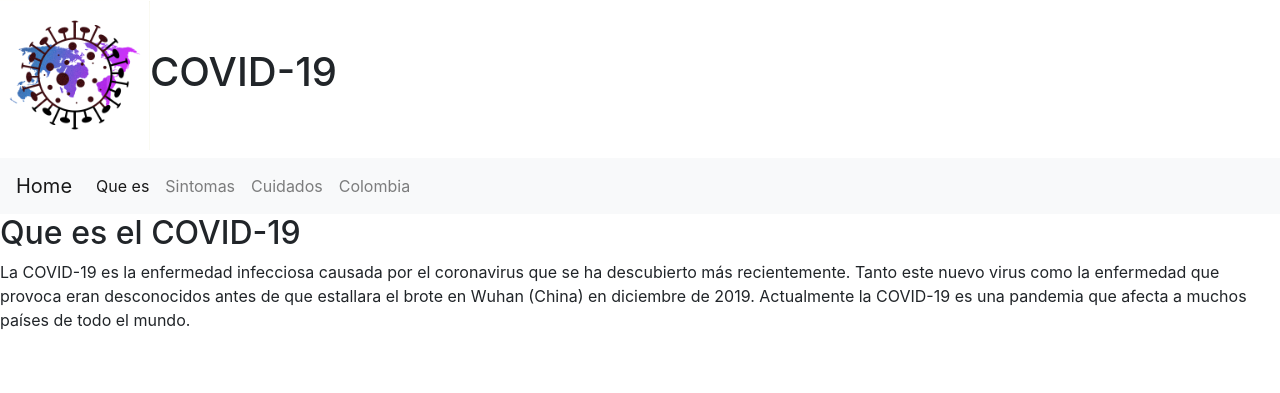
Repository: AndreyRi13/1erparcial1151804
Page: index.html
These files come from the project's save history. The page is drawn as it stood at one moment and after the next save; the edit follows.
The browser window is 1280 px wide. The pictures show the whole page.

Above is the page before, as saved 2020-10-06 06:23:56.
Console error (its wording comes from the project's code and is left out).

After the next save:
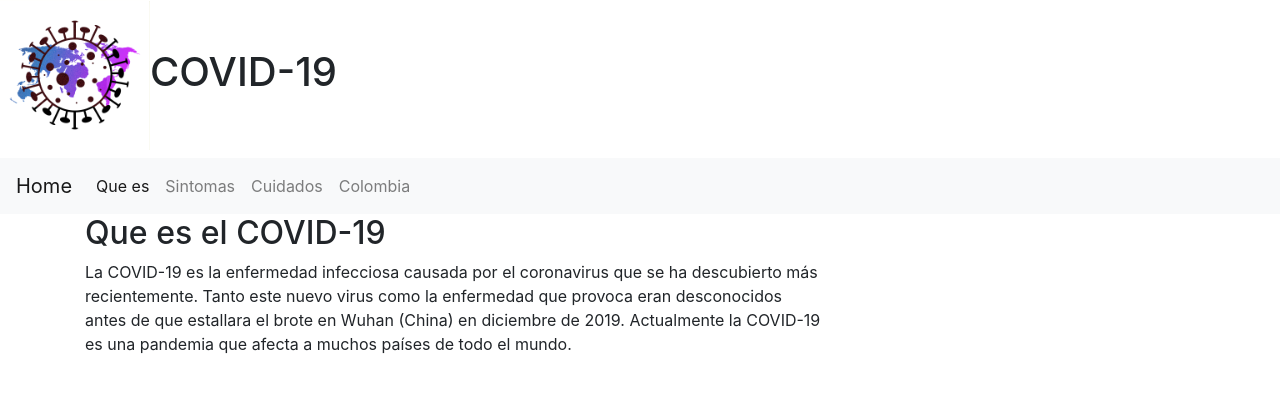
Saved 72 s later.
--- a/index.html
+++ b/index.html
@@ -37,7 +37,9 @@
             </div>
           </nav>
 
-          <div id="section">
+          <div class="container">
+            <div class="row no-gutters">
+                <div class="col col-md-8">
 
             <h2>Que es el COVID-19</h2>
     <p>La COVID-19 es la enfermedad infecciosa causada por el
